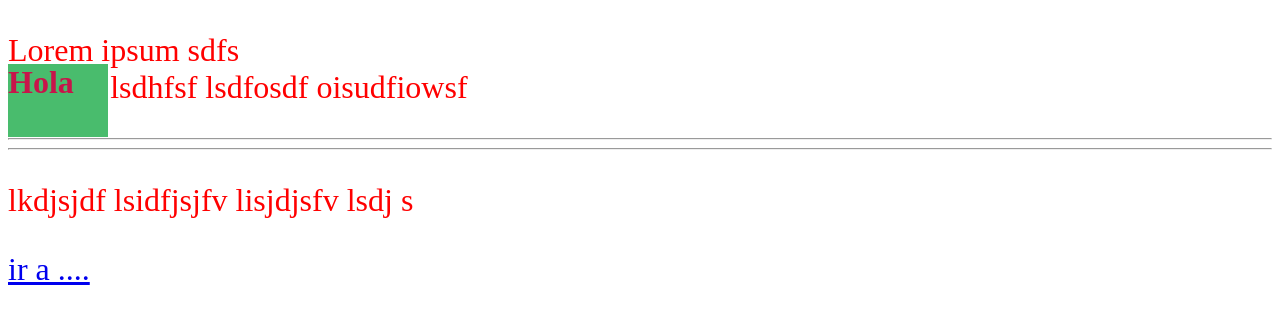
Repository: gadiazsaavedra/Unidad_2
Page: index.html
An editor plug-in stored every save of this project. The page is shown before and after a run of saves, followed by the edit.
The browser window is 1280 px wide. The pictures show the whole page.

Above is the page before, as saved 2023-08-07 15:40:50.

After the next 4 saves:
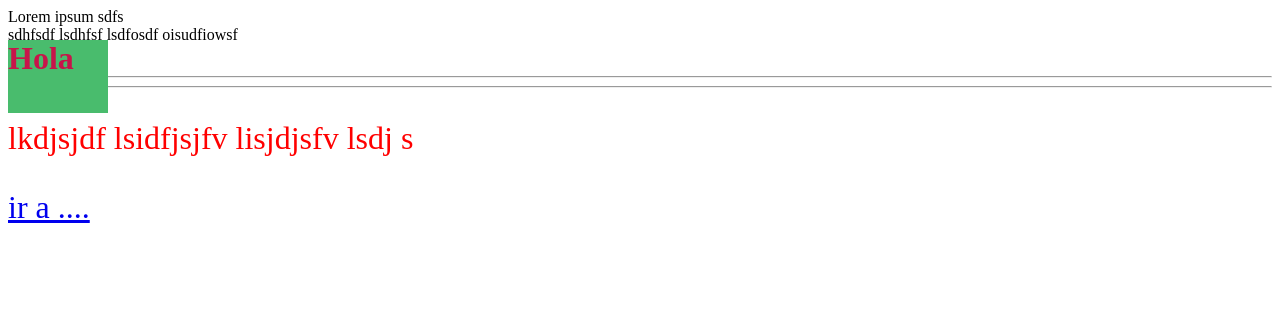
The 4 saves are shown as one change because they came seconds apart.
The last was saved 61 s later.
--- a/index.html
+++ b/index.html
@@ -7,6 +7,7 @@
   </head>
   <body>
     <p style="width: 100px; height: 73px;" id="mi_parrafo">Hola</p>
+    <!-
     <p>Lorem ipsum sdfs<br/> sdhfsdf lsdhfsf lsdfosdf oisudfiowsf </p>
     <hr/>
     <hr/>

After the save that followed:
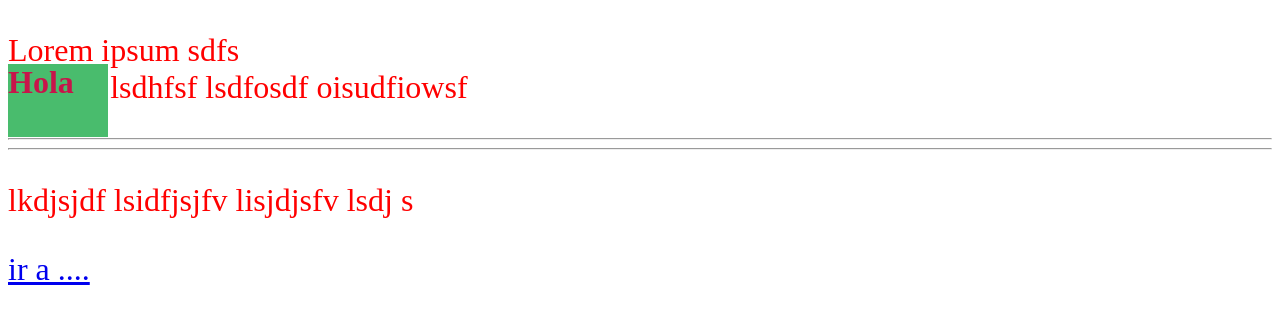
Saved 8 s later.
--- a/index.html
+++ b/index.html
@@ -7,7 +7,7 @@
   </head>
   <body>
     <p style="width: 100px; height: 73px;" id="mi_parrafo">Hola</p>
-    <!-
+    <!-- #region -->
     <p>Lorem ipsum sdfs<br/> sdhfsdf lsdhfsf lsdfosdf oisudfiowsf </p>
     <hr/>
     <hr/>
